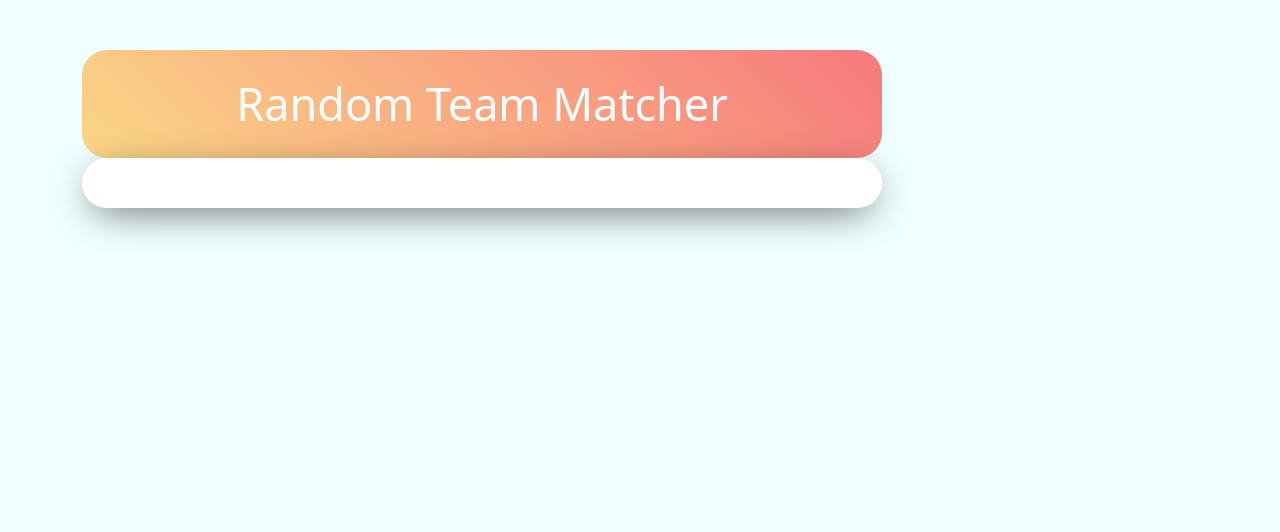
Repository: seleco29/Random-Team-Matcher-Servlet-Jsp
Page: http://localhost/Random_Team_Matcher_v2.0/include/enterTeamNameHeader.jsp
An editor plug-in stored every save of this project. The page is shown before and after the next save, followed by the edit.
The browser window is 1280 px wide. The pictures show the whole page.
The page is served by Tomcat 9.

Above is the page before, as saved 2023-01-21 14:06:05.

After the next save:
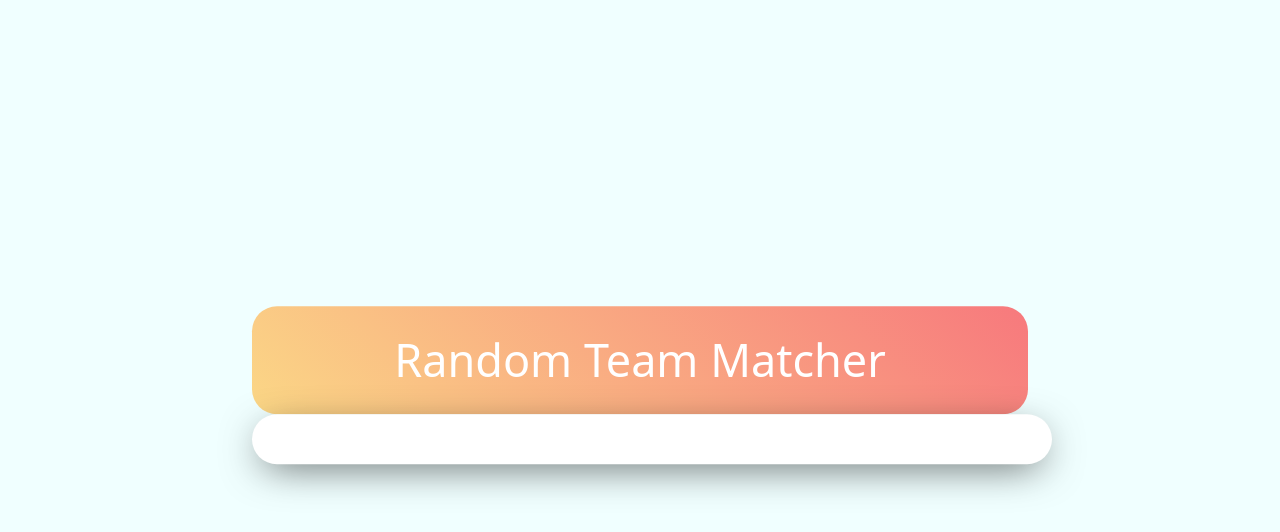
Saved 3 min 22 s later.
--- a/Random Team Matcher v2.0/src/main/webapp/assets/enterTeamName.css
+++ b/Random Team Matcher v2.0/src/main/webapp/assets/enterTeamName.css
@@ -4,14 +4,18 @@
     box-sizing: border-box;
 }
 body{
-    display: flex;
-    justify-content: center;
     background-color: azure;
+}
+.container{
+    position: absolute;
+    width: 800px;
+    top: 50%;
+    left: 50%;
+    transform: translate(-50%,-50%);
 }
 .heading{
    margin-top: 50px;
     padding: 20px 0px 20px 0px;
-    width: 800px;
     font-size: 45px;
     border-radius: 25px;
     background-image:linear-gradient(45deg,#FBD786,#f7797d) ;
